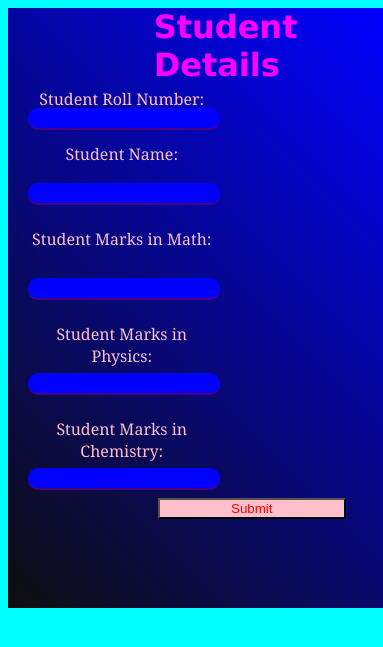
Repository: prm2711/javaapps
Page: eclipse-workspace/FirstProject/WebContent/index.html
An editor plug-in stored every save of this project. The page is shown before and after the next save, followed by the edit.
The browser window is 375 px wide. The page is 383 px wide, then 375 px, so the pictures cover 383 px, including what lies to the right of the window. The pictures show the whole page.

Above is the page before, as saved 2018-01-19 11:26:52.

### eclipse-workspace/FirstProject/WebContent/index.html
<!DOCTYPE html>
<html>
<head>
<meta charset="ISO-8859-1">
<title>Student form</title>
<link rel="stylesheet" type="text/css" href="css/format.css">
<meta name="viewport" content="width=device-width, initial-scale=1.0">
</head>
<body>
		<div class="top_container"></div>
		<div class="small_container1"></div>
		<div class="small_container2"></div>
		<div class="small_container3"></div>
		<div class="small_container4"></div>

		<div align="center" class="inner_container">
			<form method="post" action="InsertServlet"
				onsubmit="return validateForm()">

				<h1 class="heading">Student Details</h1>
				<p class="label1">Student Roll Number:</p>
				<br> <input class="text-box1" type="text" name="roll_no"
					id="roll_no"><br> <br>
				<p class="label2">Student Name:</p>
				<br> <input class="text-box2" type="text" name="student_name"
					id="student_name"><br> <br>
				<p class="label3">Student Marks in Math:</p>
				<br> <input class="text-box3" type="text" name="marks"
					id="marks"><br> <br>
				<p class="label4">Student Marks in Physics:</p>
				<br> <input class="text-box4" type="text" name="marksphy"
					id="marksphy"><br> <br>
				<p class="label5">Student Marks in Chemistry:</p>
				<br> <input class="text-box5" type="text" name="markschem"
					id="markschem"><br> <br>
					<input class="submitButton" type="submit" value="Submit">

			</form>
		</div>
		<div class="bottom_container"></div>

	<script src="js/insertdata.js"></script>
</body>
</html>

### eclipse-workspace/FirstProject/WebContent/css/format.css
body {
	background-color: cyan;
	width: 100%;
}

.inner_container {
	background-color: blue;
	background: linear-gradient(45deg, #0e0e0e, blue);
	position: relative;
	/*top: 50px;
	left: 350px;*/
	z-index: 2;
	margin: 0 auto;
	width: 100%;
	height: 600px;
}

.heading {
	color: magenta;
	font-family: Verdana, Geneva, sans-serif;
	padding-left: 10px;
}

form,.heading {
	width: 50%;
	margin: 0 auto;
}

.text-box1, .text-box2, .text-box3, .text-box4, .text-box5 {
	position: absolute;
	left: 20px;
	border: 0px;
	border-bottom: 2px indigo solid;
	border-radius: 10px;
	background: blue;
	color: white;
	font-family: Georgia;
}

.text-box1 {
	top: 100px;
}

.label2, .label3, .label4, .label5,.label1 {
	position: absolute;
	left: 20px;
	color: pink;
	font-family: Georgia;
}

.label1 {
	top: 80px;
}

.label2 {
	top: 135px;
}

.text-box2 {
	top: 175px;
}

.label3 {
	top: 220px;
}

.text-box3 {
	top: 270px;
}

.label4 {
	top: 315px;
}

.text-box4 {
	top: 365px;
}

.label5 {
	top: 410px;
}

.text-box5 {
	top: 460px;
}

.submitButton {
	position: absolute;
	background-color: pink;
	color: red;
	left: 150px;
	top: 490px;
	width: 35%;
	margin: 0 auto;
}

.submitButton:hover {
	background-color: #4caf50;
	color: white;
}

input,p {
	width: 35%;
	margin: 0 auto;
}

@media screen and (max-width: 700px) {
	body {
	width: 100%;
	}

	.inner-container {
		width: 100%;
	}

	form,.heading {
	width: 70%;
	}

	input,p,.submitButton {
	width: 50%;
	}

}

@media screen and (max-width: 400px) {

	body {
	width: 100%;
	}
	.inner-container {
		width: 100%;
	}

	form,.heading {
	width: 50%;
	}

	,input,p,.submitButton {
	width: 30%;
	}
}

### eclipse-workspace/FirstProject/WebContent/js/insertdata.js
/**
 *
 */
function validateForm() {
	var rollno = document.getElementById("roll_no").value;
	var student_name = document.getElementById("student_name").value;
	var marks = document.getElementById("marks").value;
	var marksphy = document.getElementById("marksphy").value;
	var markschem = document.getElementById("markschem").value;

	if (isNaN(rollno) == true || isNaN(marks) == true
			|| isNaN(marksphy) == true || isNaN(markschem) == true || rollno.length==0 || student_name.length==0 || marks.length==0 || marksphy.length==0 || markschem.length==0) {
		alert("Enter valid details");
		return false;
	}

	else {

		return true;
	}
}

After the next save:
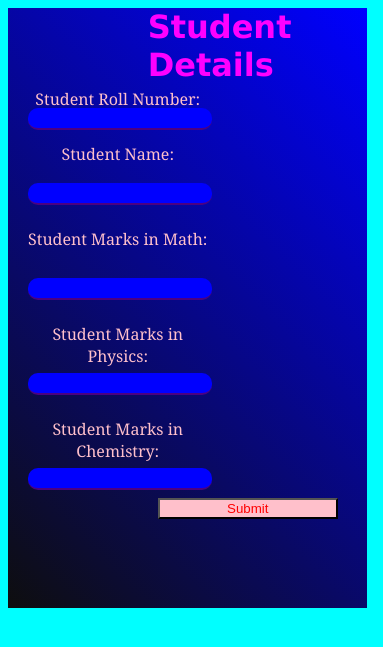
Saved 2 min 51 s later.
--- a/eclipse-workspace/FirstProject/WebContent/css/format.css
+++ b/eclipse-workspace/FirstProject/WebContent/css/format.css
@@ -1,6 +1,5 @@
 body {
 	background-color: cyan;
-	width: 100%;
 }
 
 .inner_container {
@@ -105,10 +104,6 @@ input,p {
 }
 
 @media screen and (max-width: 700px) {
-	body {
-	width: 100%;
-	}
-
 	.inner-container {
 		width: 100%;
 	}
@@ -124,10 +119,6 @@ input,p {
 }
 
 @media screen and (max-width: 400px) {
-
-	body {
-	width: 100%;
-	}
 	.inner-container {
 		width: 100%;
 	}
